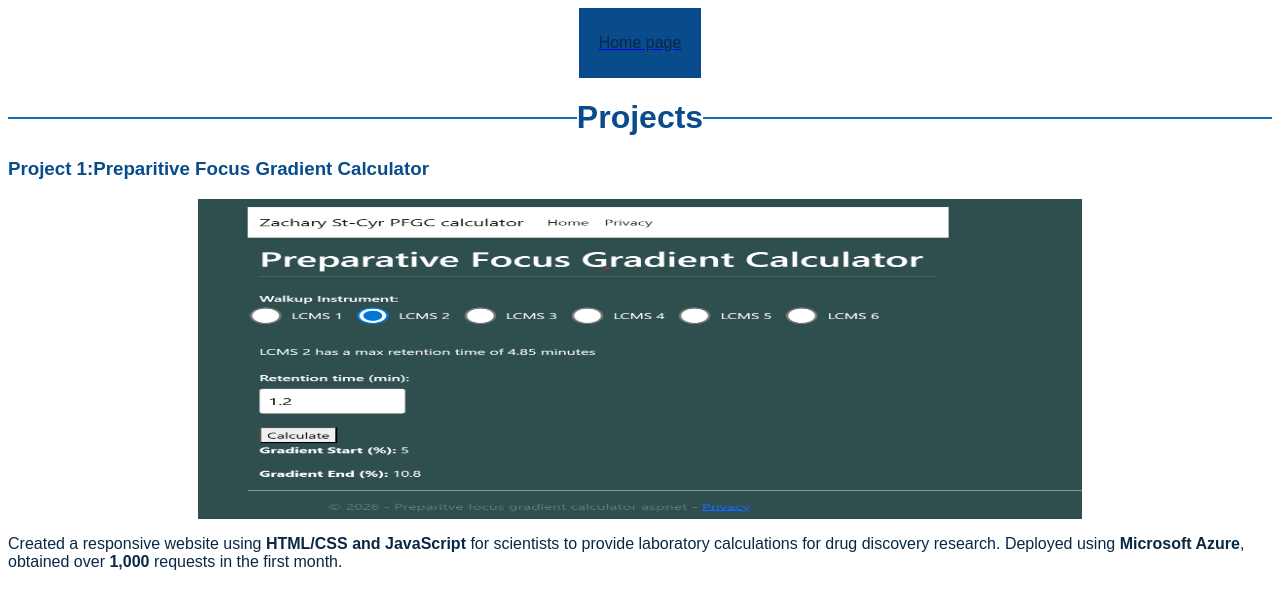
Repository: zackaroo20/zackaroo20
Page: pages/projects.html
An editor plug-in stored every save of this project. The page is shown before and after the next save, followed by the edit.
The browser window is 1280 px wide. The pictures show the whole page.

Above is the page before, as saved 2026-05-19 11:41:43.

After the next save:
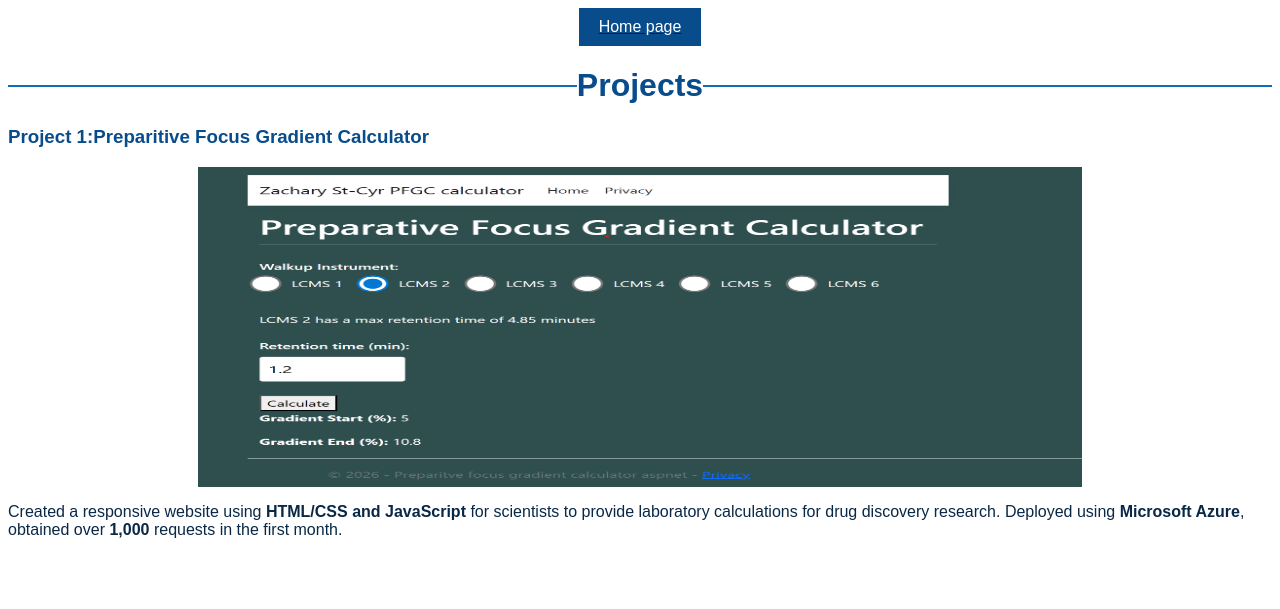
Saved 16 min 58 s later.
--- a/pages/projects.html
+++ b/pages/projects.html
@@ -7,7 +7,7 @@
     <link rel="stylesheet" href="/styles/pages.css" />
   </head>
   <header>
-     <a href="../index.html"><button><p>Home page</p></button></a>
+     <a href="../index.html"><button>Home page</button></a>
     <style>
       h1 {
         display: flex;
